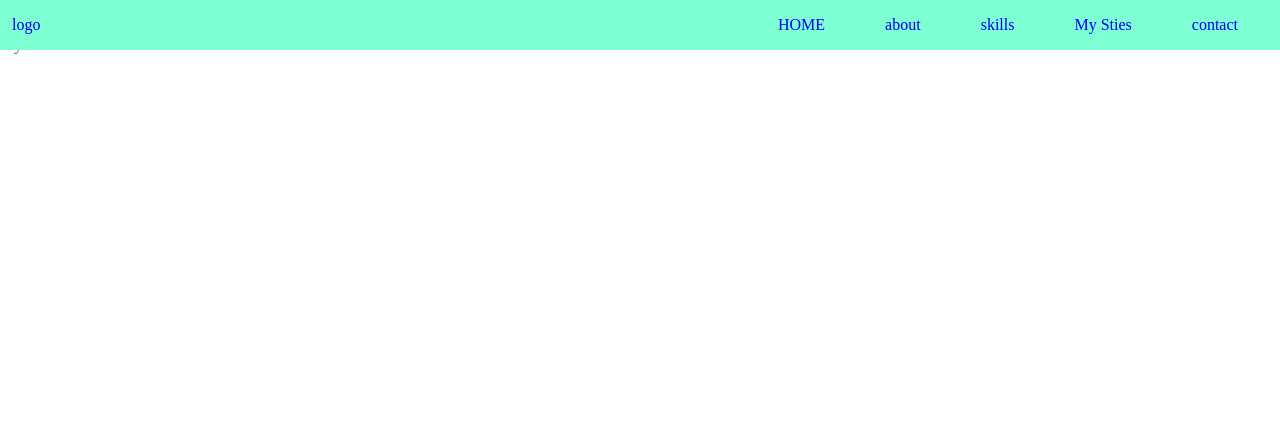
Repository: jun01270/jun
Page: index.html
The author's editor kept a copy of each file at every save. The page is drawn from the files as they stood at one save, then again after the next save.
The browser window is 1280 px wide. The pictures show the whole page.

Above is the page before, as saved 2023-05-09 11:52:17.

After the next save:
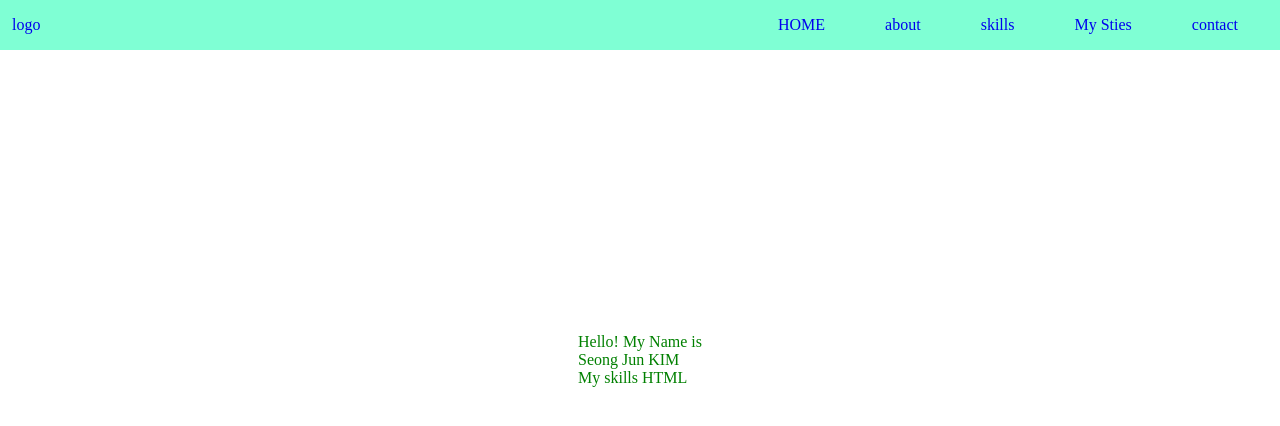
Saved 2 min 36 s later.
--- a/index.html
+++ b/index.html
@@ -20,14 +20,19 @@
             </ul>
     </nav>
     <section class="home" id="home">
+        <div class="max-width">
         <div class="home-section">
             <div class="text-1">Hello! My Name is</div>
             <div class="text-1">Seong Jun KIM</div>
             <div class="text-1">My skills <span class="typing1">HTML</span></div>
         </div>
+        </div>
     </section>
 
     <section class="about">
+        <div class="max-width">
+
+        </div>
     </section>
 
     <section class="skills">
